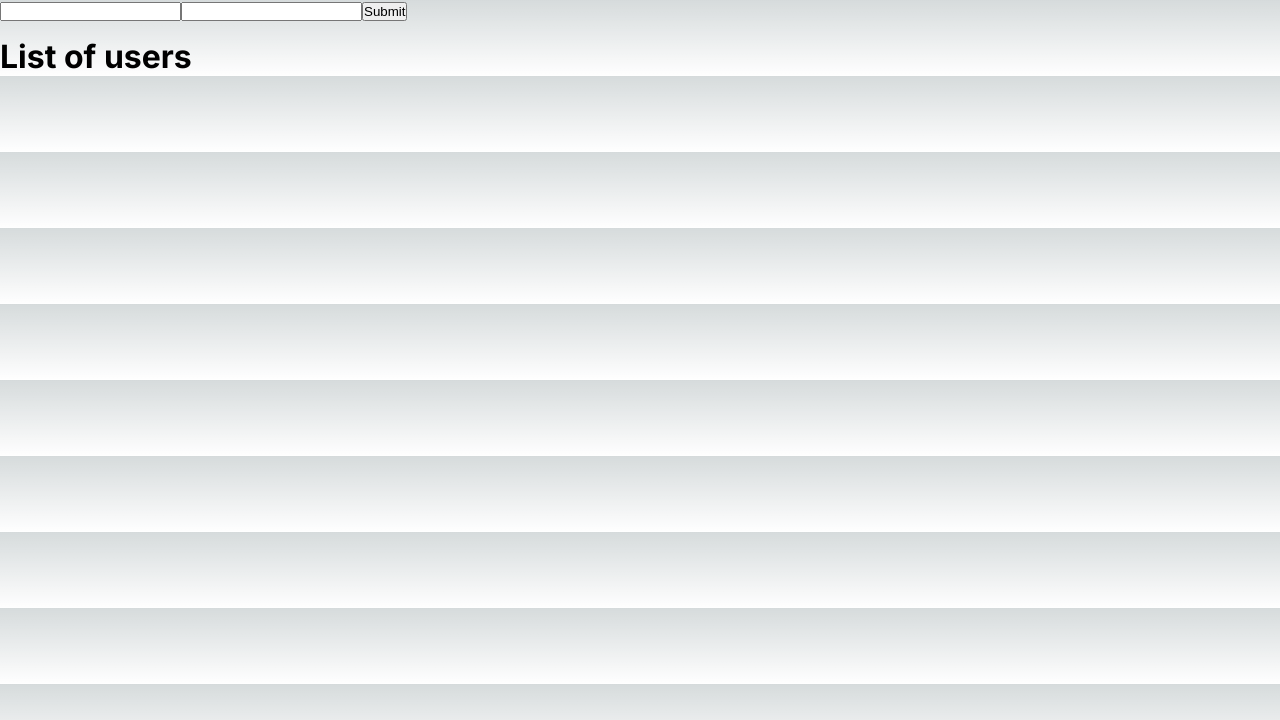
Repository: EeeeeEyyyy/daily_time_record
Page: /
The author's editor kept a copy of each file at every save. The page is drawn from the files as they stood at one save, then again after the next save.
The browser window is 1280 px wide. The pictures show the whole page.
The project was rebuilt for these pictures with package versions that can differ from the ones it lists, and the page was loaded fresh each time. The framework's server and built-in components were replaced by stand-ins that run in the browser. Also part of the build but not shown: next.config.mjs.

Above is the page before, as saved 2024-06-27 12:29:30.

### src/app/layout.js
import { Inter } from "next/font/google";
import "./globals.css";

const inter = Inter({ subsets: ["latin"] });

export const metadata = {
  title: "Daily Time Report",
  description: "Generated by create next app",
};

export default function RootLayout({ children }) {
  return (
    <html lang="en">
      <body className={inter.className}>{children}</body>
    </html>
  );
}

### src/app/page.js
"use client"

import React, { useEffect, useState } from 'react'

const Page = () => {
  const [data, setData] = useState([])
  const [email, setEmail] = useState('')
  const [password, setPassword] = useState('')

  const handleChangeEmail = (value) => {
    setEmail(value)
  }

  const handleChangePassword = (value) => {
    setPassword(value)
  }

  const handleSubmit = () => {

    if (email && password) {

      // for local storage
      const payload = {
        email,
        password
      }

      //  setting up the actual data state
      setData((prev) => {
        return [...prev, payload]
      })

    } else {
      console.log("Wala pang laman")
    }
  }

  useEffect(()=>{
    localStorage.setItem('user',JSON.stringify(data))
  },[data])


  return (
    <div>
      <input type="text" onChange={(e) => {
        handleChangeEmail(e.target.value)
      }} />
      <input type="text" onChange={(e) => {
        handleChangePassword(e.target.value)
      }} />
      <button onClick={handleSubmit}>Submit</button>

      <div style={{
        marginTop:'1rem'
      }}>
       <h1>List of users</h1>
       {data?.map((item, index) => (
          <pre style={{
            color: 'black',
            marginBottom:'1rem'
          }} key={index}>
            Email: {item?.email}<br/>
            Password: {item?.email}
          </pre>
        ))}
      </div>
    </div>
  )
}

export default Page

Loaded but not shown: src/app/globals.css (common file)

After the next save:
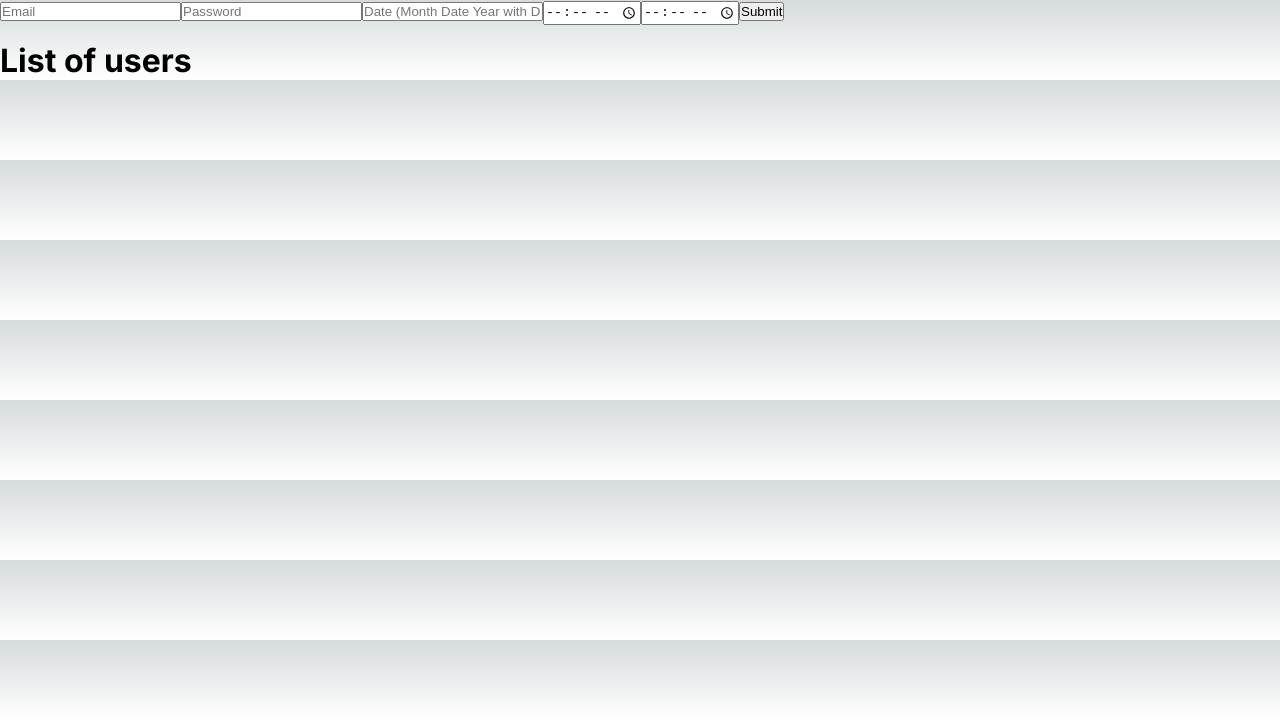
Saved 61 min 28 s later.
--- a/src/app/page.js
+++ b/src/app/page.js
@@ -1,71 +1,98 @@
-"use client"
+"use client";
 
-import React, { useEffect, useState } from 'react'
+import React, { useEffect, useState } from 'react';
 
 const Page = () => {
-  const [data, setData] = useState([])
-  const [email, setEmail] = useState('')
-  const [password, setPassword] = useState('')
+  const [data, setData] = useState([]);
+  const [email, setEmail] = useState('');
+  const [password, setPassword] = useState('');
+  const [date, setDate] = useState('');
+  const [arrivalTime, setArrivalTime] = useState('');
+  const [timeOut, setTimeOut] = useState('');
 
   const handleChangeEmail = (value) => {
-    setEmail(value)
-  }
+    setEmail(value);
+  };
 
   const handleChangePassword = (value) => {
-    setPassword(value)
-  }
+    setPassword(value);
+  };
+
+  const handleChangeDate = (value) => {
+    setDate(value);
+  };
+
+  const handleChangeArrivalTime = (value) => {
+    setArrivalTime(value);
+  };
+
+  const handleChangeTimeOut = (value) => {
+    setTimeOut(value);
+  };
 
   const handleSubmit = () => {
-
-    if (email && password) {
-
-      // for local storage
+    if (email && password && date && arrivalTime && timeOut) {
       const payload = {
         email,
-        password
-      }
+        password,
+        date,
+        arrivalTime,
+        timeOut
+      };
 
-      //  setting up the actual data state
-      setData((prev) => {
-        return [...prev, payload]
-      })
+      setData((prev) => [...prev, payload]);
+    } else {
+      console.log("Please fill in all fields");
+    }
+  };
 
-    } else {
-      console.log("Wala pang laman")
-    }
-  }
-
-  useEffect(()=>{
-    localStorage.setItem('user',JSON.stringify(data))
-  },[data])
-
+  useEffect(() => {
+    localStorage.setItem('user', JSON.stringify(data));
+  }, [data]);
 
   return (
     <div>
-      <input type="text" onChange={(e) => {
-        handleChangeEmail(e.target.value)
-      }} />
-      <input type="text" onChange={(e) => {
-        handleChangePassword(e.target.value)
-      }} />
+      <input
+        type="text"
+        placeholder="Email"
+        onChange={(e) => handleChangeEmail(e.target.value)}
+      />
+      <input
+        type="password"
+        placeholder="Password"
+        onChange={(e) => handleChangePassword(e.target.value)}
+      />
+      <input
+        type="text"
+        placeholder="Date (Month Date Year with Day)"
+        onChange={(e) => handleChangeDate(e.target.value)}
+      />
+      <input
+        type="time"
+        placeholder="Time of Arrival"
+        onChange={(e) => handleChangeArrivalTime(e.target.value)}
+      />
+      <input
+        type="time"
+        placeholder="Time Out"
+        onChange={(e) => handleChangeTimeOut(e.target.value)}
+      />
       <button onClick={handleSubmit}>Submit</button>
 
-      <div style={{
-        marginTop:'1rem'
-      }}>
-       <h1>List of users</h1>
-       {data?.map((item, index) => (
-          <pre style={{
-            color: 'black',
-            marginBottom:'1rem'
-          }} key={index}>
-            Email: {item?.email}<br/>
-            Password: {item?.email}
+      <div style={{ marginTop: '1rem' }}>
+        <h1>List of users</h1>
+        {data.map((item, index) => (
+          <pre style={{ color: 'black', marginBottom: '1rem' }} key={index}>
+            Email: {item.email}<br />
+            Password: {item.password}<br />
+            Date: {item.date}<br />
+            Time of Arrival: {item.arrivalTime}<br />
+            Time Out: {item.timeOut}
           </pre>
         ))}
       </div>
     </div>
-  )
-}
+  );
+};
 
-export default Page
+export default Page;
